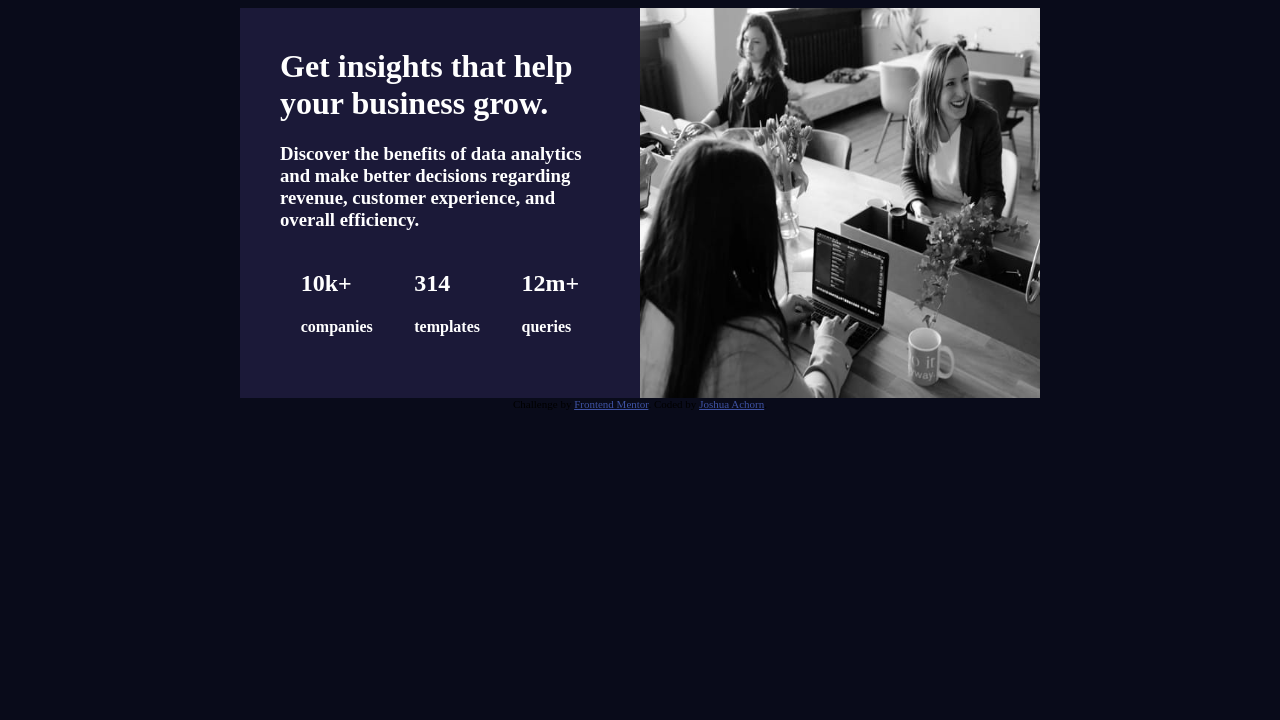
Repository: Achorn/stats-preview-card
Page: index.html
The author's editor kept a copy of each file at every save. The page is drawn from the files as they stood at one save, then again after the next save.
The browser window is 1280 px wide. The pictures show the whole page.

Above is the page before, as saved 2021-06-16 16:28:11.

### index.html
<!DOCTYPE html>
<html lang="en">
  <head>
    <meta charset="UTF-8" />
    <meta name="viewport" content="width=device-width, initial-scale=1.0" />
    <!-- displays site properly based on user's device -->
    <link rel="stylesheet" href="styles.css" />
    <link
      rel="icon"
      type="image/png"
      sizes="32x32"
      href="./images/favicon-32x32.png"
    />

    <title>Frontend Mentor | Stats preview card component</title>

    <!-- Feel free to remove these styles or customise in your own stylesheet 👍 -->
    <style>
      .attribution {
        font-size: 11px;
        text-align: center;
      }
      .attribution a {
        color: hsl(228, 45%, 44%);
      }
    </style>
  </head>
  <body>
    <div id="card-container">
      <div id="text-container">
        <div id="title-container">
          <h1 id="title">Get insights that help your business grow.</h1>
          <h3>
            Discover the benefits of data analytics and make better decisions
            regarding revenue, customer experience, and overall efficiency.
          </h3>
        </div>

        <div id="desc-container">
          <div id="desc">
            <h2>10k+</h2>
            <h4>companies</h4>
          </div>
          <div id="desc">
            <h2>314</h2>
            <h4>templates</h4>
          </div>
          <div id="desc">
            <h2>12m+</h2>
            <h4>queries</h4>
          </div>
        </div>
      </div>
      <img id="stat-image" src="/images/image-header-desktop.jpg" alt="" />
    </div>
    <div class="attribution">
      Challenge by
      <a href="https://www.frontendmentor.io?ref=challenge" target="_blank"
        >Frontend Mentor</a
      >. Coded by <a href="#">Joshua Achorn</a>.
    </div>
  </body>
</html>

### styles.css
body {
  background-color: hsl(233, 47%, 7%);
  display: flex;
  flex-direction: column;
  justify-content: center;
  align-items: center;
  height: vh;
}

#card-container {
  width: 800px;
  color: white;
  background-color: hsl(244, 38%, 16%);
  display: flex;
}

#text-container {
  height: auto;
  width: 50%;
  padding: 40px;
}

#stat-image {
  width: 50%;
  height: auto;
}

#desc-container {
  display: flex;
  justify-content: space-around;
}

#title {
  margin-top: 0px;
}

After the next save:
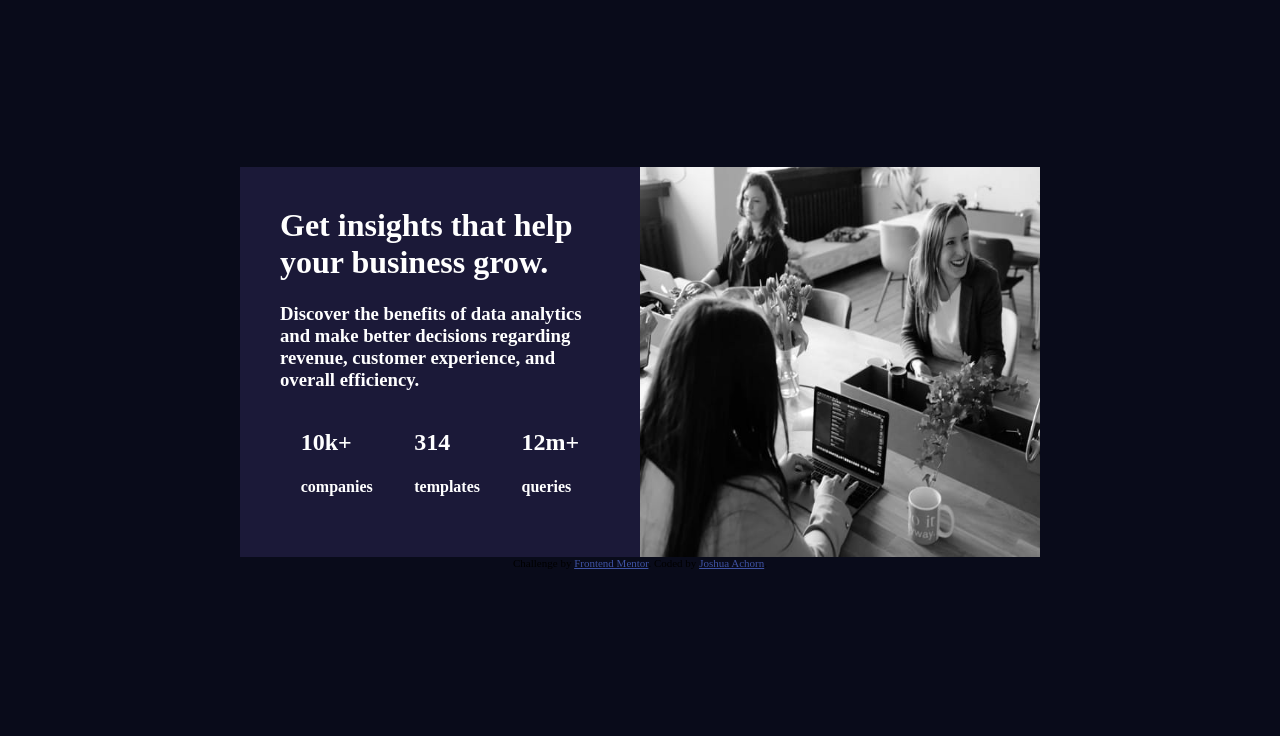
Saved 30 s later.
--- a/styles.css
+++ b/styles.css
@@ -4,7 +4,7 @@ body {
   flex-direction: column;
   justify-content: center;
   align-items: center;
-  height: vh;
+  height: 100vh;
 }
 
 #card-container {
